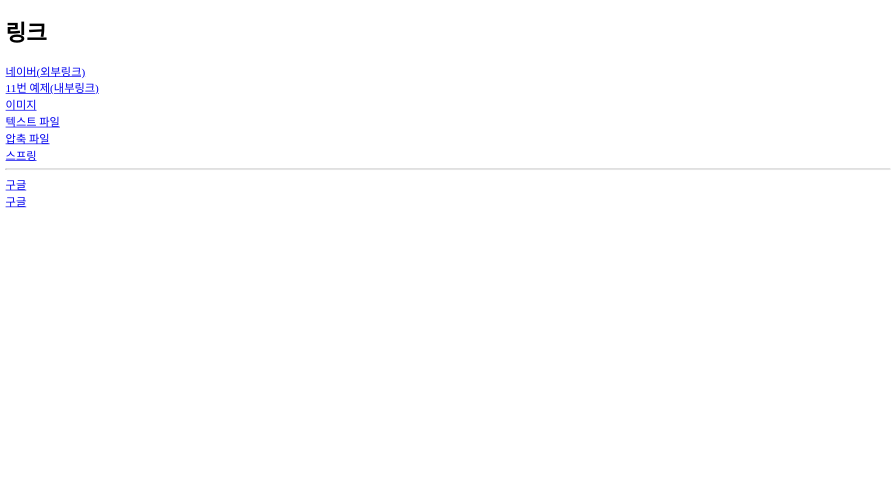
Repository: zzzzzzin/Client
Page: ClientTest/src/main/webapp/html/ex12_link.html
The author's editor kept a copy of each file at every save. The page is drawn from the files as they stood at one save, then again after the next save.
The browser window is 1280 px wide. The pictures show the part of the page from y = 0 to 1920 px (the page is 720 px tall before and 2730 px after), at 70% of full size.

Above is the page before, as saved 2024-03-13 03:23:05.

### ClientTest/src/main/webapp/html/ex12_link.html
<!DOCTYPE html>
<html>
<head>
<meta charset="EUC-KR">
<title>ex12_link</title>
</head>
<body>
	<!--
		링크, Link
		- <a>, anchor
		- 쌍태그, 혼합형

		1. Link
		2. Anchor

		a. href
			- 이동할 URL
	-->

	<h1>링크</h1>
	<a href="https://www.naver.com">네이버(외부링크)</a>
	<br>
	<a href="ex11_list.html">11번 예제(내부링크)</a>
	<br>
	<a href="images/dog.jpg">이미지</a>
	<br>
	<a href="test.txt">텍스트 파일</a>
	<br>
	<a href="html.zip">압축 파일</a>
	<br>
	<a href="https://spring.io">스프링</a>

	<hr>

	<!--
		a. targer
		- 열거형
		1. _blank
			- 새로운 창에서 링크 열기
		2. _self(default)
			- 현재 창에서 링크 열기
		3. _parent
		4. _top
		e. 프레임명


	-->
	<a href="http://google.com" target="_self">구글</a>
	<br>
	<a href="http://google.com" target="_blank">구글</a>




</body>
</html>

After the next save:
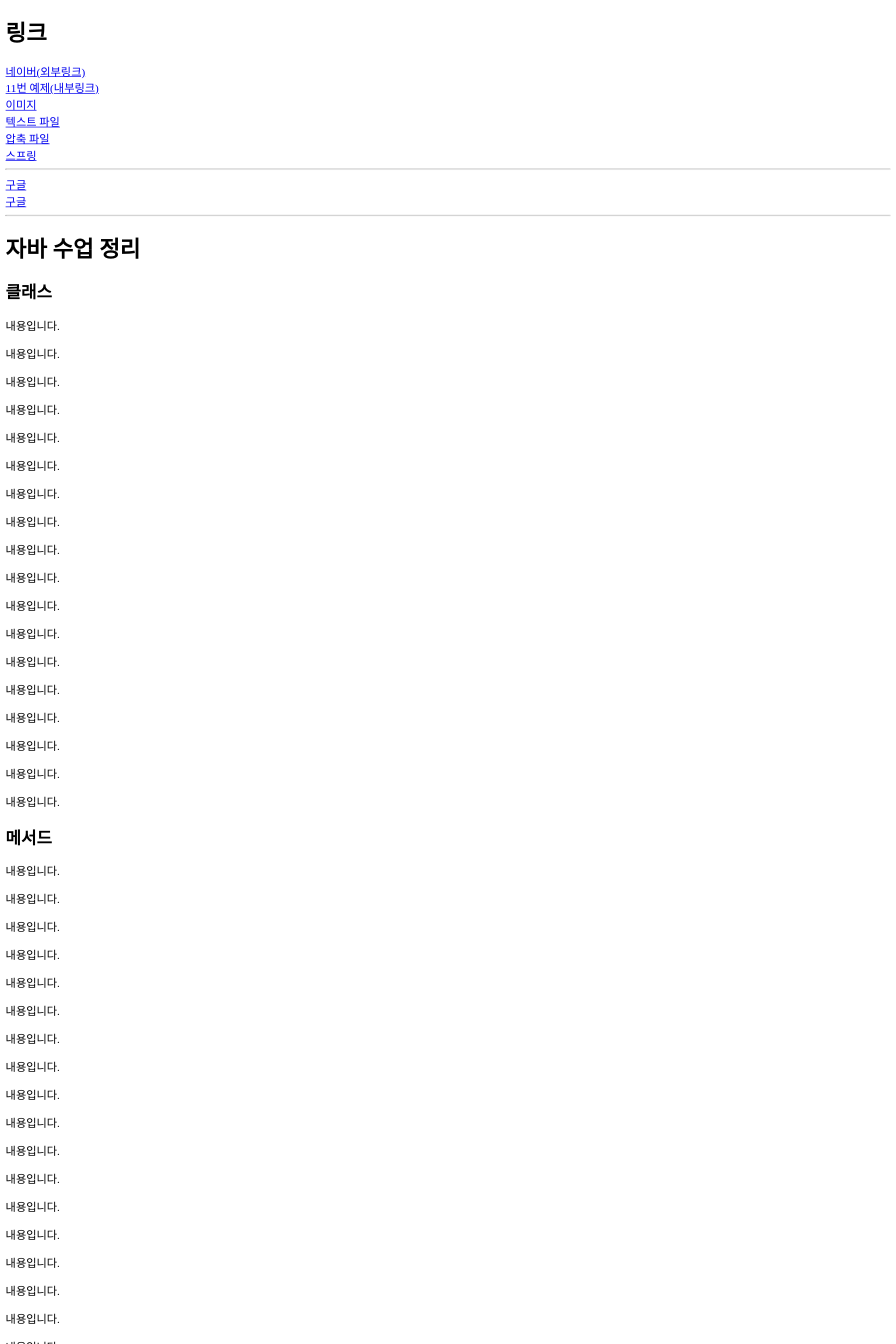
Saved 115 s later.
--- a/ClientTest/src/main/webapp/html/ex12_link.html
+++ b/ClientTest/src/main/webapp/html/ex12_link.html
@@ -49,6 +49,38 @@
 	<br>
 	<a href="http://google.com" target="_blank">구글</a>
 
+	<hr>
+
+	<h1>자바 수업 정리</h1>
+
+	<h2>클래스</h2>
+	<p>내용입니다.</p><p>내용입니다.</p><p>내용입니다.</p><p>내용입니다.</p><p>내용입니다.</p><p>내용입니다.</p><p>내용입니다.</p><p>내용입니다.</p><p>내용입니다.</p><p>내용입니다.</p><p>내용입니다.</p><p>내용입니다.</p><p>내용입니다.</p><p>내용입니다.</p><p>내용입니다.</p><p>내용입니다.</p><p>내용입니다.</p><p>내용입니다.</p>
+
+	<h2>메서드</h2>
+	<p>내용입니다.</p><p>내용입니다.</p><p>내용입니다.</p><p>내용입니다.</p><p>내용입니다.</p><p>내용입니다.</p><p>내용입니다.</p><p>내용입니다.</p><p>내용입니다.</p><p>내용입니다.</p><p>내용입니다.</p><p>내용입니다.</p><p>내용입니다.</p><p>내용입니다.</p><p>내용입니다.</p><p>내용입니다.</p><p>내용입니다.</p><p>내용입니다.</p>
+
+	<h2>인터페이스</h2>
+	<p>내용입니다.</p><p>내용입니다.</p><p>내용입니다.</p><p>내용입니다.</p><p>내용입니다.</p><p>내용입니다.</p><p>내용입니다.</p><p>내용입니다.</p><p>내용입니다.</p><p>내용입니다.</p><p>내용입니다.</p><p>내용입니다.</p><p>내용입니다.</p><p>내용입니다.</p><p>내용입니다.</p><p>내용입니다.</p><p>내용입니다.</p><p>내용입니다.</p>
+
+
+
+
+
+
+
+
+
+
+
+
+
+
+
+
+
+
+
+
 
 
 
